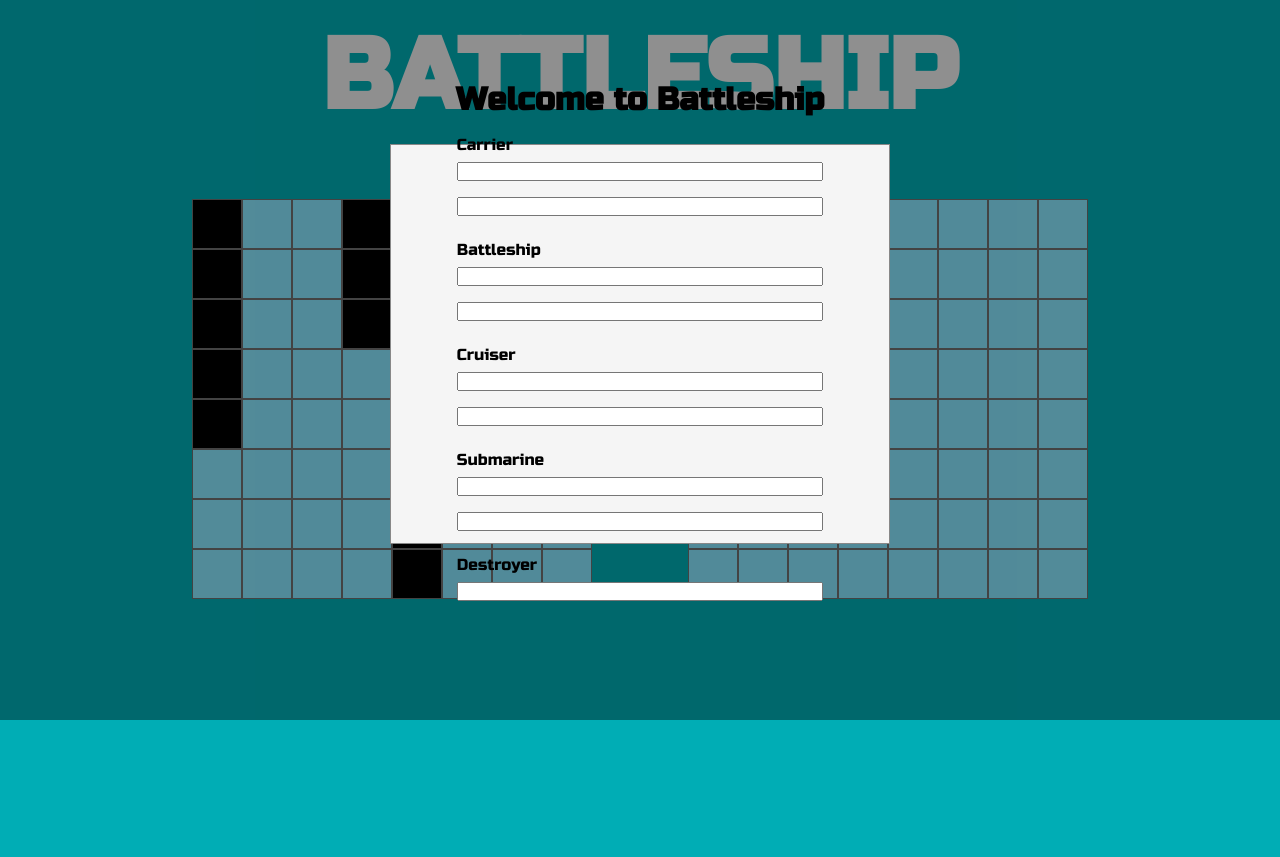
Repository: AzharMoosa/battleship
Page: /
The author's editor kept a copy of each file at every save. The page is drawn from the files as they stood at one save, then again after the next save.
The browser window is 1280 px wide. The pictures show the whole page.
The project was rebuilt for these pictures with package versions that can differ from the ones it lists, and the page was loaded fresh each time.

Above is the page before, as saved 2020-07-09 10:12:30.

### src/App.js
import React from "react";
import Header from "./components/Header";
import Board from "./components/Board";
import { PlayersProvider } from "./context/PlayersContext";
import "./App.css";

function App() {
  return (
    <PlayersProvider>
      <div>
        <Header />
        <Board />
      </div>
    </PlayersProvider>
  );
}

export default App;

### src/components/Header.js
import React from "react";

const Header = () => {
  return (
    <div className='header'>
      <h1>Battleship</h1>
    </div>
  );
};

export default Header;

### src/components/Board.js
import React, { useState, Fragment } from "react";
import Square from "./Square";
import PlainSquare from "./PlainSquare";
import Player from "../functions/Player";
import Gameboard from "../functions/Gameboard";
import Overlay from "./Overlay";
import HitMiss from "./HitMiss";
import PlaceShip from "./PlaceShip";
import { v4 as uuidv4 } from "uuid";

const Board = () => {
  // eslint-disable-next-line
  const [player, setPlayer] = useState(Player(false));
  // eslint-disable-next-line
  const [computer, setComputer] = useState(Player(true));
  const [playerBoard, setPlayerBoard] = useState(Gameboard());
  const [computerBoard, setComputerBoard] = useState(Gameboard());
  const [playerTurn, setPlayerTurn] = useState(true);

  const getOutcome = (hit) => {
    let outcome = document.querySelector(".hit-miss-outcome");
    if (hit === true) {
      outcome.innerHTML = "Hit!";
    } else {
      outcome.innerHTML = "Miss!";
    }
  };

  const startGame = () => {
    playerBoard.placeShip(0, 0, player.ships[0], 1);
    playerBoard.placeShip(4, 4, player.ships[1], 1);
    playerBoard.placeShip(3, 0, player.ships[2], 1);
    playerBoard.placeShip(5, 0, player.ships[3], 1);
    playerBoard.placeShip(7, 0, player.ships[4], 1);

    computerBoard.placeShip(0, 0, computer.ships[0], 0);
    computerBoard.placeShip(4, 2, computer.ships[1], 0);
    computerBoard.placeShip(0, 3, computer.ships[2], 0);
    computerBoard.placeShip(3, 5, computer.ships[3], 0);
    computerBoard.placeShip(0, 7, computer.ships[4], 0);
  };

  const getBoardElm = (elm) => {
    if (elm !== "") {
      return "square ship";
    } else {
      return "square";
    }
  };

  const displayModal = (name) => {
    let modal = document.querySelector(".modal");
    let title = document.querySelector(".winner-name");
    let overlay = document.querySelector(".overlay");
    modal.style.display = "block";
    overlay.style.display = "none";
    if (name === "Computer") {
      title.innerHTML = "Computer Wins";
    } else if (name === "Player") {
      title.innerHTML = "Player Wins";
    }
  };

  const resetGame = () => {
    setPlayer(Player(false));
    setComputer(Player(true));
    setPlayerBoard(Gameboard());
    setComputerBoard(Gameboard());
    setPlayerTurn(true);
    let modal = document.querySelector(".modal");
    let overlay = document.querySelector(".overlay");
    let outcome = document.querySelector(".hit-miss-outcome");
    modal.style.display = "none";
    overlay.style.display = "grid";
    outcome.innerHTML = "";
  };

  const gameOver = () => {
    if (playerBoard.allShipSunk(player.ships)) {
      displayModal("Computer");
    } else if (computerBoard.allShipSunk(computer.ships)) {
      displayModal("Player");
    }
  };

  const attackComputer = (e) => {
    if (playerTurn === true) {
      let updatedBoard = computerBoard;
      // Get Coord
      let coords = e.target.id.split(",");
      let x = coords[1];
      let y = coords[0];
      player.attackEnemy(updatedBoard, parseInt(x), parseInt(y));
      if (computerBoard.grid[x][y] === "") {
        e.target.classList.add("ship-miss");
        getOutcome(false);
      } else {
        e.target.classList.add("ship-hit");
        getOutcome(true);
      }
      setComputerBoard(updatedBoard);
      setPlayerTurn(false);
    }
    computerTurn();
  };

  const computerTurn = () => {
    if (playerTurn === true) {
      let updatedBoard = playerBoard;
      let randomCoords = computer.getRandomCoords();
      let square = document.getElementById(randomCoords);
      let coords = randomCoords.split(",");
      let x = coords[1];
      let y = coords[0];
      computer.computerAttack(updatedBoard, x, y);
      if (playerBoard.grid[x][y] === "") {
        square.classList.add("ship-miss");
      } else {
        square.classList.add("ship-hit");
      }
      gameOver();
      setPlayerBoard(updatedBoard);
      setPlayerTurn(true);
    }
  };

  return (
    <Fragment>
      <PlaceShip />
      <div className='container'>
        <HitMiss />
        <div className='game-boards'>
          {startGame()}
          <div className='game-board'>
            {playerBoard.grid.map((col, j) =>
              col.map((elm, i) => (
                <Square
                  key={uuidv4()}
                  elm={elm}
                  getBoardElm={getBoardElm}
                  id={`${i},${j}`}
                />
              ))
            )}
          </div>

          <div className='comp'>
            <div className='game-board comp-board'>
              {computerBoard.grid.map((col, j) =>
                col.map((elm, i) => (
                  <Square
                    key={uuidv4()}
                    elm={elm}
                    getBoardElm={getBoardElm}
                    attackComputer={attackComputer}
                    id={`${i},${j}`}
                  />
                ))
              )}
            </div>
            <div className='overlay game-board'>
              {computerBoard.grid.map((col, j) =>
                col.map((elm, i) => <PlainSquare key={uuidv4()} />)
              )}
            </div>
          </div>
        </div>
        <Overlay resetGame={resetGame} />
      </div>
    </Fragment>
  );
};

export default Board;

### src/context/PlayersContext.js
import React, { useState, createContext } from "react";
import Player from "../functions/Player";
import Gameboard from "../functions/Gameboard";

export const PlayersContext = createContext();

export const PlayersProvider = (props) => {
  const [players, usePlayers] = useState([
    // Player
    {
      player: Player(false),
      board: Gameboard(),
    },
    // Computer
    {
      player: Player(true),
      board: Gameboard(),
    },
  ]);

  return (
    <PlayersContext.Provider value={[players, usePlayers]}>
      {props.children}
    </PlayersContext.Provider>
  );
};

### src/App.css
@import url("https://fonts.googleapis.com/css2?family=Russo+One&display=swap");

:root {
  --bg-primary: #00adb5;
  --bg-light: #eeeeee;
  --bg-dark: #222831;
}

* {
  margin: 0;
  padding: 0;
  box-sizing: border-box;
}

body {
  font-family: "Russo One", sans-serif;
  background-color: var(--bg-primary);
}

.header {
  text-align: center;
}

.header h1 {
  color: var(--bg-light);
  font-size: 100px;
  text-transform: uppercase;
  margin-top: 1rem;
}

.game-boards {
  display: flex;
  align-items: center;
  justify-content: space-between;
  width: 70%;
  height: 55vh;
  margin: 3rem auto;
}

.game-board {
  display: grid;
  grid-template-columns: repeat(8, 1fr);
  width: 400px;
  height: 400px;
}

.square {
  border: 1px solid #707070;
  background-color: rgb(136, 231, 255);
  width: 50px;
  height: 50px;
  pointer-events: auto !important;
  cursor: pointer;
}

.plain-square {
  border: 1px solid #707070;
  background-color: rgb(136, 231, 255);
  width: 50px;
  height: 50px;
  pointer-events: none !important;
  cursor: pointer;
}

.ship {
  background-color: #000;
}

.ship-hit {
  background-color: rgb(255, 77, 77) !important;
  pointer-events: none !important;
}

.ship-miss {
  background-color: #fff !important;
  pointer-events: none !important;
}

.comp {
  display: grid;
}

.comp-board,
.overlay {
  grid-area: 1 / 1;
}

.container {
  display: flex;
  flex-direction: column;
  height: 100vh;
}

.overlay {
  pointer-events: none;
}

.start {
  /* display: none; */
  position: fixed;
  z-index: 1;
  left: 0;
  top: 0;
  width: 100%;
  height: 100%;
  background-color: rgb(0, 0, 0);
  background-color: rgba(0, 0, 0, 0.4);
}

.start-content {
  background-color: #f5f5f5;
  margin: 20vh auto;
  padding: 20px;
  border: 1px solid #888;
  width: 500px;
  height: 400px;
  display: flex;
  flex-direction: column;
  align-items: center;
  justify-content: center;
}

.coord-inputs {
  display: flex;
  flex-direction: column;
  width: 80%;
  margin-top: 1rem;
}

.coord-input {
  margin: 0.5rem 0;
}

.modal {
  display: none;
  position: fixed;
  z-index: 1;
  left: 0;
  top: 0;
  width: 100%;
  height: 100%;
  background-color: rgb(0, 0, 0);
  background-color: rgba(0, 0, 0, 0.4);
}

.modal-content-results {
  background-color: #f5f5f5;
  margin: 30vh auto;
  padding: 20px;
  border: 1px solid #888;
  width: 400px;
  height: 200px;
  display: flex;
  flex-direction: column;
  align-items: center;
  justify-content: center;
}

.winner-name {
  text-align: center;
  margin-bottom: 2rem;
  font-size: 40px;
}

.btn-primary {
  background-color: var(--bg-dark);
  color: #fff;
  width: 150px;
  height: 50px;
  font-size: 20px;
  border: none;
  outline: none;
  font-family: "Russo One", sans-serif;
  border-radius: 20px;
  cursor: pointer;
}

.hit-miss {
  display: flex;
  align-items: center;
  justify-content: center;
  margin-top: 1rem;
}

.hit-miss-outcome {
  color: #fff;
  font-size: 50px;
}

@media (min-width: 1700px) {
  .game-boards {
    height: 70vh;
    width: 80%;
  }

  .game-board {
    width: 650px;
    height: 650px;
  }

  .square,
  .plain-square {
    width: 81.25px;
    height: 81.25px;
  }
}

@media (max-width: 1200px) {
  .game-boards {
    height: 70vh;
    width: 80%;
    display: flex;
    flex-direction: column;
  }

  .game-board {
    width: 500px;
    height: 500px;
  }

  .comp {
    margin-top: 3rem;
  }

  .square,
  .plain-square {
    width: 62.5px;
    height: 62.5px;
  }
}

@media (max-width: 768px) {
  .header h1 {
    font-size: 60px;
  }

  .game-boards {
    width: 80%;
    display: flex;
    flex-direction: column;
  }

  .game-board {
    width: 400px;
    height: 400px;
  }

  .comp {
    margin-top: 3rem;
  }

  .square,
  .plain-square {
    width: 50px;
    height: 50px;
  }
}

@media (max-width: 414px) {
  .header h1 {
    font-size: 40px;
  }

  .game-boards {
    width: 70%;
    display: flex;
    flex-direction: column;
  }

  .game-board {
    width: 300px;
    height: 300px;
  }

  .comp {
    margin-top: 3rem;
  }

  .square,
  .plain-square {
    width: 37.5px;
    height: 37.5px;
  }

  .modal-content-results {
    width: 300px;
  }

  .winner-name {
    font-size: 35px;
  }

  .btn-primary {
    background-color: var(--bg-dark);
    color: #fff;
    width: 150px;
    height: 50px;
    font-size: 20px;
    border: none;
    outline: none;
    font-family: "Russo One", sans-serif;
    border-radius: 20px;
    cursor: pointer;
  }
}

@media (max-width: 375px) {
  .header h1 {
    font-size: 35px;
  }

  .game-boards {
    width: 70%;
    display: flex;
    flex-direction: column;
  }

  .game-board {
    width: 280px;
    height: 280px;
  }

  .comp {
    margin-top: 3rem;
  }

  .square,
  .plain-square {
    width: 35px;
    height: 35px;
  }
}

@media (max-width: 320px) {
  .modal-content-results {
    width: 250px;
  }

  .winner-name {
    font-size: 30px;
  }
}

### src/components/Square.js
import React from "react";

const Square = ({ elm, attackComputer, getBoardElm, id }) => {
  return (
    <div className={getBoardElm(elm)} id={id} onClick={attackComputer}></div>
  );
};

export default Square;

### src/components/PlainSquare.js
import React from "react";

const PlainSquare = () => {
  return <div className='plain-square'></div>;
};

export default PlainSquare;

### src/functions/Player.js
import Ship from "./Ship";

const Player = (ai) => {
  let previousShots = [];

  // Create Ships
  let carrier = Ship("Carrier", 5);
  let battleship = Ship("Battleship", 4);
  let cruiser = Ship("Cruiser", 3);
  let submarine = Ship("Submarine", 3);
  let destroyer = Ship("Destroyer", 2);
  let ships = [carrier, battleship, cruiser, submarine, destroyer];

  const attackEnemy = (enemyBoard, x, y) => {
    if (!previousShots.includes([x, y])) {
      enemyBoard.receiveAttack(x, y);
      previousShots.push([parseInt(x), parseInt(y)]);
      return true;
    }
    return false;
  };

  const checkCoord = (x, y) => {
    previousShots.forEach((coords) => {
      if (
        parseInt(coords[1]) === parseInt(x) &&
        parseInt(coords[0]) === parseInt(y)
      ) {
        return true;
      }
    });
    return false;
  };

  const getRandomCoords = (gameboard) => {
    let maximum = 7;
    let minimum = 0;
    let x = 0;
    let y = 0;

    do {
      x = Math.floor(Math.random() * (maximum - minimum + 1)) + minimum;
      y = Math.floor(Math.random() * (maximum - minimum + 1)) + minimum;
    } while (checkCoord(x, y));
    return `${x},${y}`;
  };

  const computerAttack = (enemyBoard, x, y) => {
    enemyBoard.receiveAttack(x, y);
    previousShots.push([x, y]);
  };

  return { previousShots, ships, attackEnemy, computerAttack, getRandomCoords };
};

export default Player;

### src/functions/Gameboard.js
const Gameboard = () => {
  let previousShots = [];
  const grid = new Array(8).fill("");
  for (let i = 0; i < grid.length; i++) {
    grid[i] = new Array(8).fill("");
  }

  const getGrid = () => {
    return grid;
  };

  const getPreviousShots = () => {
    return previousShots;
  };

  const placeShip = (x, y, ship, orientation) => {
    // Horizontal Orientation = 0
    // Vertical Orientation = 1

    // Check If Ship Fits
    let shipLength = ship.length;

    if (orientation === 0) {
      for (let i = x; i < x + ship.length; i++) {
        if (grid[y][i] !== "" || x + shipLength > 8) {
          return false;
        }
        grid[y][i] = ship;
        ship.setShipCoords(y, i);
      }
    } else if (orientation === 1) {
      for (let i = y; i < y + ship.length; i++) {
        if (grid[i][x] !== "" || y + shipLength > 8) {
          return false;
        }
        grid[i][x] = ship;
        ship.setShipCoords(i, x);
      }
    }
    return true;
  };

  const flatten = (arr) => {
    return arr.join(" |-| ");
  };

  const receiveAttack = (x, y) => {
    // Check if ship is at position
    if (grid[x][y] !== "") {
      let ship = grid[x][y];
      let shipCoords = ship.getShipCoords();
      let arrSearch = shipCoords.map((row) => {
        return flatten(row);
      });
      let pos = arrSearch.indexOf(flatten([x, y]));
      if (!ship.isHit(pos)) {
        ship.hit(pos);
        return true;
      }
    }
    previousShots.push([x, y]);
    return false;
  };

  const allShipSunk = (ships) => {
    for (let i = 0; i < ships.length; i++) {
      if (!ships[i].isSunk()) {
        return false;
      }
    }

    return true;
  };

  return {
    grid,
    previousShots,
    getGrid,
    placeShip,
    receiveAttack,
    getPreviousShots,
    allShipSunk,
  };
};

export default Gameboard;

### src/components/Overlay.js
import React from "react";

const Overlay = ({ resetGame }) => {
  return (
    <div className='modal'>
      <div className='modal-content-results'>
        <h1 className='winner-name'>Player Wins</h1>
        <button className='btn-primary' onClick={resetGame}>
          Restart
        </button>
      </div>
    </div>
  );
};

export default Overlay;

### src/components/HitMiss.js
import React from "react";

const HitMiss = () => {
  return (
    <div className='hit-miss'>
      <h1 className='hit-miss-outcome'>{}</h1>
    </div>
  );
};

export default HitMiss;

### src/components/PlaceShip.js
import React, { useState } from "react";

const PlaceShip = () => {
  const [carrierX, setCarrierX] = useState("");
  const [carrierY, setCarrierY] = useState("");
  const [battleshipX, setBattleshipX] = useState("");
  const [battleshipY, setBattleshipY] = useState("");
  const [cruiserX, setCruiserX] = useState("");
  const [cruiserY, setCruiserY] = useState("");
  const [submarineX, setSubmarineX] = useState("");
  const [submarineY, setSubmarineY] = useState("");
  const [destroyerX, setDestroyerX] = useState("");
  const [destroyerY, setDestroyerY] = useState("");

  return (
    <div className='start'>
      <div className='start-content'>
        <h1>Welcome to Battleship</h1>
        <div className='coord-inputs'>
          <label htmlFor='carrier'>Carrier</label>
          <input
            type='text'
            onChange={(e) => setCarrierX(e.target.value)}
            className='coord-input'
          />
          <input
            type='text'
            onChange={(e) => setCarrierY(e.target.value)}
            className='coord-input'
          />
        </div>
        <div className='coord-inputs'>
          <label htmlFor='battleship'>Battleship</label>
          <input
            type='text'
            onChange={(e) => setBattleshipX(e.target.value)}
            className='coord-input'
          />
          <input
            type='text'
            onChange={(e) => setBattleshipY(e.target.value)}
            className='coord-input'
          />
        </div>
        <div className='coord-inputs'>
          <label htmlFor='cruiser'>Cruiser</label>
          <input
            type='text'
            onChange={(e) => setCruiserX(e.target.value)}
            className='coord-input'
          />
          <input
            type='text'
            onChange={(e) => setCruiserY(e.target.value)}
            className='coord-input'
          />
        </div>
        <div className='coord-inputs'>
          <label htmlFor='submarine'>Submarine</label>
          <input
            type='text'
            onChange={(e) => setSubmarineX(e.target.value)}
            className='coord-input'
          />
          <input
            type='text'
            onChange={(e) => setSubmarineY(e.target.value)}
            className='coord-input'
          />
        </div>
        <div className='coord-inputs'>
          <label htmlFor='destroyer'>Destroyer</label>
          <input
            type='text'
            onChange={(e) => setDestroyerX(e.target.value)}
            className='coord-input'
          />
        </div>
      </div>
    </div>
  );
};

export default PlaceShip;

### src/functions/Ship.js
const Ship = (name, length) => {
  // Fills ship with false
  const ship = new Array(length).fill(false);
  let shipCoords = [];

  // Hit
  const hit = (pos) => (ship[pos] = true);

  // If Ship Sunk
  const isSunk = () => {
    return ship.every((v) => v === true);
  };

  const isHit = (pos) => {
    return ship[pos] === true ? true : false;
  };

  // Returns ship
  const getShip = () => {
    return ship;
  };

  const setShipCoords = (x, y) => {
    shipCoords.push([x, y]);
  };

  const getShipCoords = () => {
    return shipCoords;
  };

  return {
    name,
    ship,
    length,
    hit,
    isSunk,
    isHit,
    getShip,
    setShipCoords,
    getShipCoords,
  };
};

export default Ship;

Loaded but not shown: public/index.html (common file); src/index.js (common file)

After the next save:
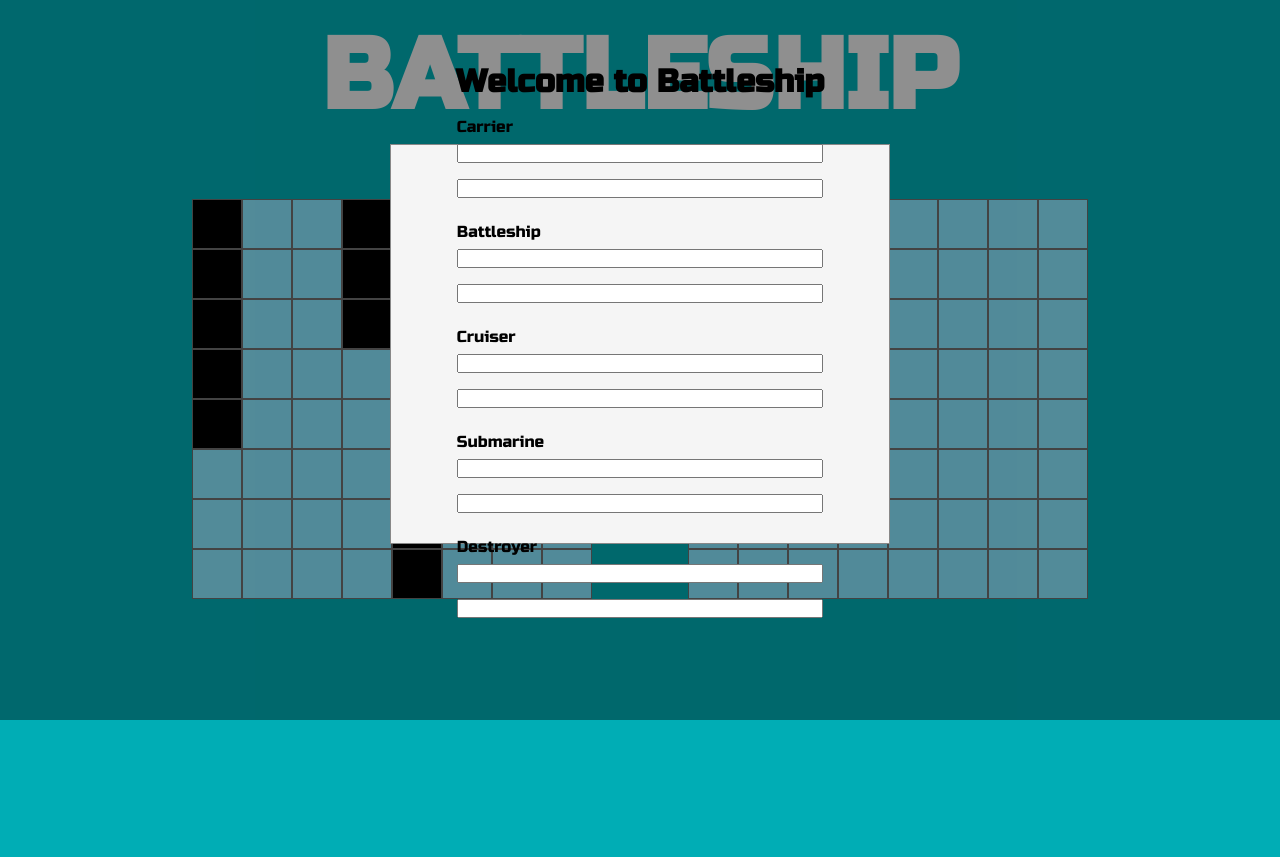
Saved 11 s later.
--- a/src/components/PlaceShip.js
+++ b/src/components/PlaceShip.js
@@ -75,6 +75,11 @@ const PlaceShip = () => {
             onChange={(e) => setDestroyerX(e.target.value)}
             className='coord-input'
           />
+          <input
+            type='text'
+            onChange={(e) => setDestroyerY(e.target.value)}
+            className='coord-input'
+          />
         </div>
       </div>
     </div>
